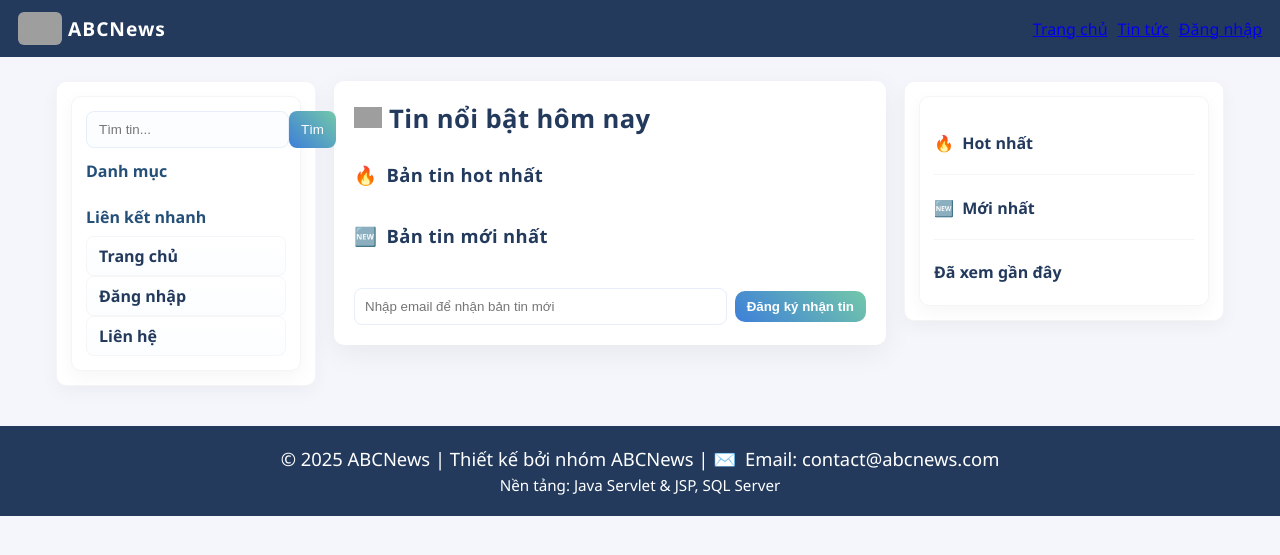
Repository: linhlinh113/ASM
Page: http://localhost/ABCNews/HomeServlet
An editor plug-in stored every save of this project. The page is shown before and after the next save, followed by the edit.
The browser window is 1280 px wide. The pictures show the whole page.
Pictures or frames that could not be fetched are drawn as grey boxes. The page is served by Tomcat 10. Other server files are loaded and not shown. Queries for data that is not in the repository find no rows.

Above is the page before, as saved 2025-10-17 10:28:23.

### ABCNews/src/main/webapp/index.jsp
<%@ page contentType="text/html;charset=UTF-8" language="java" %>
<%@ taglib uri="http://java.sun.com/jsp/jstl/core" prefix="c" %>
<c:set var="ctx" value="${pageContext.request.contextPath}" />
<!DOCTYPE html>
<html>
<head>
    <title>ABCNews - Trang chủ</title>
    <meta charset="UTF-8"/>
    <link rel="stylesheet" href="${ctx}/assets/css/style.css"/>
    <link rel="icon" type="image/png" href="${ctx}/assets/img/newsicon.png"/>
</head>
<body>
<jsp:include page="/layout/header.jsp"/>

<div class="page-wrap">
    <div class="mobile-toggle" style="display:none; margin-bottom:12px;">
        <button class="btn" onclick="ABC.toggleLeft()">☰ Danh mục</button>
        <button class="btn" onclick="ABC.toggleRight()">☰ Khác</button>
    </div>

    <div class="layout">
        <!-- Left sidebar -->
        <div id="left-sidebar" class="sidebar left-sidebar sticky">
            <jsp:include page="/layout/leftSidebar.jsp"/>
        </div>

        <!-- Main content -->
        <main class="main">
            <div class="container">
                <h2 class="main-title"><img src="${ctx}/assets/img/newsicon.png" width="28" alt="Logo"/> Tin nổi bật hôm nay</h2>

                <!-- Menu loại tin (nếu cần hiển thị ở main nữa) -->
                <div class="category-menu" style="margin-bottom:18px;">
                    <c:forEach var="cat" items="${categoryList}">
                        <a href="${ctx}/NewsListServlet?cat=${cat.id}" class="cat-btn">${cat.name}</a>
                    </c:forEach>
                </div>

                <!-- Hot nhất -->
                <h3 class="main-title" style="font-size:1.15rem;margin-bottom:10px;"><span class="icon-fire"></span> Bản tin hot nhất</h3>
                <div class="news-grid">
                    <c:forEach var="news" items="${hotList}">
                        <div class="news-card">
                            <a href="${ctx}/NewsDetailServlet?id=${news.id}" style="text-decoration:none;color:inherit;">
                                <div class="thumb"><img src="${news.image}" alt="${news.title}"/></div>
                                <div class="meta">
                                    <div class="news-title">${news.title}</div>
                                    <div class="info">
                                        <span class="date"><c:out value="${news.postedDate}"/></span>
                                        <span class="view-count">${news.viewCount} lượt xem</span>
                                    </div>
                                </div>
                            </a>
                        </div>
                    </c:forEach>
                </div>

                <!-- Mới nhất -->
                <h3 class="main-title" style="font-size:1.15rem;margin-top:18px;"><span class="icon-new"></span> Bản tin mới nhất</h3>
                <div class="news-grid">
                    <c:forEach var="news" items="${newestList}">
                        <div class="news-card">
                            <a href="${ctx}/NewsDetailServlet?id=${news.id}" style="text-decoration:none;color:inherit;">
                                <div class="thumb"><img src="${news.image}" alt="${news.title}"/></div>
                                <div class="meta">
                                    <div class="news-title">${news.title}</div>
                                    <div class="info">
                                        <span class="date"><c:out value="${news.postedDate}"/></span>
                                        <span class="view-count">${news.viewCount} lượt xem</span>
                                    </div>
                                </div>
                            </a>
                        </div>
                    </c:forEach>
                </div>

                <!-- Newsletter form -->
                <section style="margin-top:20px;">
                    <form action="${ctx}/NewsletterServlet" method="post" class="newsletter-form" style="display:flex;gap:8px;align-items:center;">
                        <input type="email" name="email" placeholder="Nhập email để nhận bản tin mới" required style="flex:1;padding:10px;border-radius:8px;border:1px solid #e6eef9;"/>
                        <button type="submit" class="btn">Đăng ký nhận tin</button>
                    </form>
                    <c:if test="${not empty success}">
                        <div class="alert success">${success}</div>
                    </c:if>
                    <c:if test="${not empty error}">
                        <div class="alert error">${error}</div>
                    </c:if>
                </section>

            </div>
        </main>

        <!-- Right sidebar -->
        <aside id="right-sidebar" class="sidebar right-sidebar sticky">
            <jsp:include page="/layout/rightSidebar.jsp"/>
        </aside>
    </div>
</div>

<jsp:include page="/layout/footer.jsp"/>
<script src="${ctx}/assets/js/sidebar.js"></script>
</body>
</html>

### ABCNews/src/main/webapp/layout/header.jsp
<%@ page contentType="text/html;charset=UTF-8" language="java" %>
<%@ page import="com.abcnews.entity.User" %>
<%@ taglib uri="http://java.sun.com/jsp/jstl/core" prefix="c" %>
<%
    User user = (User) session.getAttribute("user");
%>
<c:set var="ctx" value="${pageContext.request.contextPath}" />

<div class="header-bar" style="background:#233a5d;padding:12px 18px;color:#fff;display:flex;align-items:center;justify-content:space-between;">
    <div style="display:flex;align-items:center;gap:12px;">
        <a href="${ctx}/" style="display:inline-flex;align-items:center;text-decoration:none;color:inherit;">
            <img src="${ctx}/assets/img/newsicon.png" width="44" style="vertical-align:middle;border-radius:6px;" alt="ABCNews logo"/>
            <span style="font-size:1.2rem;font-weight:700;margin-left:6px;letter-spacing:1px;">ABCNews</span>
        </a>
    </div>

    <div style="display:flex;align-items:center;gap:10px;">
        <a href="${ctx}/" class="header-link">Trang chủ</a>
        <a href="${ctx}/NewsListServlet" class="header-link">Tin tức</a>

        <c:if test="${empty user}">
            <a href="${ctx}/login.jsp" class="header-link">Đăng nhập</a>
        </c:if>

        <c:if test="${not empty user}">
            <span style="display:flex;align-items:center;gap:8px;color:#fff;">
                <span class="icon-user" aria-hidden="true"></span>
                Xin chào, <b style="color:#ffe500;margin-left:4px;">${user.fullname}</b>
            </span>
            <a href="${ctx}/LogoutServlet" class="header-link">Đăng xuất</a>
        </c:if>
    </div>
</div>

<script>
    // global context path for external JS files
    window.APP_CTX = '${ctx}';
</script>

### ABCNews/src/main/webapp/layout/leftSidebar.jsp
<%@ page contentType="text/html;charset=UTF-8" language="java" %>
<%@ taglib uri="http://java.sun.com/jsp/jstl/core" prefix="c" %>
<c:set var="ctx" value="${pageContext.request.contextPath}" />
<div class="sidebar left-sidebar sticky">
    <div class="search-box">
        <form action="${ctx}/SearchServlet" method="get" style="display:flex;width:100%;">
            <input type="text" name="q" placeholder="Tìm tin..." aria-label="Tìm tin"/>
            <button type="submit" title="Tìm">Tìm</button>
        </form>
    </div>

    <h4 style="margin:8px 0 10px 0;color:#244f78;font-weight:700;">Danh mục</h4>
    <div class="category-list">
        <c:forEach var="cat" items="${categoryList}">
            <a class="cat-btn" href="${ctx}/NewsListServlet?cat=${cat.id}">${cat.name}</a>
        </c:forEach>
    </div>

    <div style="margin-top:14px;">
        <h4 style="margin:8px 0;color:#244f78;font-weight:700;">Liên kết nhanh</h4>
        <div class="quick-links">
            <a href="${ctx}/" class="cat-btn" style="padding:8px 12px;">Trang chủ</a>
            <a href="${ctx}/login.jsp" class="cat-btn" style="padding:8px 12px;">Đăng nhập</a>
            <a href="${ctx}/ContactServlet" class="cat-btn" style="padding:8px 12px;">Liên hệ</a>
        </div>
    </div>
</div>

### ABCNews/src/main/webapp/layout/rightSidebar.jsp
<%@ page contentType="text/html;charset=UTF-8" language="java" %>
<%@ taglib uri="http://java.sun.com/jsp/jstl/core" prefix="c" %>
<c:set var="ctx" value="${pageContext.request.contextPath}" />
<div class="sidebar right-sidebar sticky">
    <div>
        <h4 class="section-title"><span class="icon-fire"></span> Hot nhất</h4>
        <div class="list-block">
            <c:forEach var="n" items="${hotList}">
                <a class="list-item" href="${ctx}/NewsDetailServlet?id=${n.id}" style="text-decoration:none;color:inherit;">
                    <img src="${n.image}" alt="${n.title}"/>
                    <div>
                        <div class="title">${n.title}</div>
                        <div style="font-size:0.85rem;color:var(--muted);">${n.viewCount} lượt xem</div>
                    </div>
                </a>
            </c:forEach>
        </div>
    </div>

    <hr style="margin:12px 0;border:none;border-top:1px solid rgba(15,23,42,0.04)"/>

    <div>
        <h4 class="section-title"><span class="icon-new"></span> Mới nhất</h4>
        <div class="list-block">
            <c:forEach var="n" items="${newestList}">
                <a class="list-item" href="${ctx}/NewsDetailServlet?id=${n.id}" style="text-decoration:none;color:inherit;">
                    <img src="${n.image}" alt="${n.title}"/>
                    <div>
                        <div class="title">${n.title}</div>
                        <div style="font-size:0.85rem;color:var(--muted);"><c:out value="${n.postedDate}"/></div>
                    </div>
                </a>
            </c:forEach>
        </div>
    </div>

    <hr style="margin:12px 0;border:none;border-top:1px solid rgba(15,23,42,0.04)"/>

    <div>
        <h4 class="section-title">Đã xem gần đây</h4>
        <div class="recent-views">
            <c:if test="${not empty sessionScope.recentViews}">
                <c:forEach var="nid" items="${sessionScope.recentViews}">
                    <c:choose>
                        <c:when test="${not empty newsMap && newsMap[nid] != null}">
                            <c:set var="rn" value="${newsMap[nid]}"/>
                            <a href="${ctx}/NewsDetailServlet?id=${rn.id}" title="${rn.title}">
                                <img src="${rn.image}" alt="${rn.title}"/>
                            </a>
                        </c:when>
                        <c:otherwise>
                            <!-- skip if not in map -->
                        </c:otherwise>
                    </c:choose>
                </c:forEach>
            </c:if>
        </div>
    </div>
</div>

### ABCNews/src/main/webapp/layout/footer.jsp
<%@ page contentType="text/html;charset=UTF-8" language="java" %>
<div class="footer-bar" style="background:#233a5d;color:#fff;text-align:center;padding:20px 0;margin-top:40px;font-size:1.15rem;">
    <span>&copy; 2025 ABCNews | Thiết kế bởi nhóm ABCNews | <span class="icon-mail"></span> Email: contact@abcnews.com</span>
    <br>
    <span style="font-size:0.95rem;">Nền tảng: Java Servlet &amp; JSP, SQL Server</span>
</div>

### ABCNews/src/main/java/com/abcnews/servlet/HomeServlet.java
package com.abcnews.servlet;

import com.abcnews.dao.CategoryDAO;
import com.abcnews.dao.NewsDAO;
import com.abcnews.entity.Category;
import com.abcnews.entity.News;

import jakarta.servlet.ServletException;
import jakarta.servlet.annotation.WebServlet;
import jakarta.servlet.http.HttpServlet;
import jakarta.servlet.http.HttpServletRequest;
import jakarta.servlet.http.HttpServletResponse;

import java.io.IOException;
import java.util.List;

@WebServlet("/HomeServlet")
public class HomeServlet extends HttpServlet {

    @Override
    protected void doGet(HttpServletRequest req, HttpServletResponse resp) throws ServletException, IOException {
        CategoryDAO catDao = new CategoryDAO();
        NewsDAO newsDao = new NewsDAO();
        try {
            List<Category> categoryList = catDao.getAll();
            List<News> hotList = newsDao.getHotNews(5);
            List<News> newestList = newsDao.getNewestNews(5);
            List<News> homeNews = newsDao.getHomeNews();

            req.setAttribute("categoryList", categoryList);
            req.setAttribute("hotList", hotList);
            req.setAttribute("newestList", newestList);
            req.setAttribute("homeNews", homeNews);

            req.getRequestDispatcher("index.jsp").forward(req, resp);
        } catch (Exception e) {
            req.setAttribute("error", "Lỗi hệ thống: " + e.getMessage());
            req.getRequestDispatcher("index.jsp").forward(req, resp);
        }
    }
}

### ABCNews/src/main/java/com/abcnews/dao/CategoryDAO.java
package com.abcnews.dao;

import com.abcnews.entity.Category;
import com.abcnews.util.DBUtil;

import java.sql.*;
import java.util.ArrayList;
import java.util.List;

public class CategoryDAO {

    public List<Category> getAll() throws Exception {
        List<Category> list = new ArrayList<>();
        String sql = "SELECT * FROM CATEGORIES";
        try (Connection con = DBUtil.getConnection();
             PreparedStatement ps = con.prepareStatement(sql);
             ResultSet rs = ps.executeQuery()) {
            while (rs.next()) {
                Category cat = new Category();
                cat.setId(rs.getString("Id"));
                cat.setName(rs.getString("Name"));
                list.add(cat);
            }
        }
        return list;
    }

    public Category getById(String id) throws Exception {
        String sql = "SELECT * FROM CATEGORIES WHERE Id = ?";
        try (Connection con = DBUtil.getConnection();
             PreparedStatement ps = con.prepareStatement(sql)) {
            ps.setString(1, id);
            try (ResultSet rs = ps.executeQuery()) {
                if (rs.next()) {
                    Category cat = new Category();
                    cat.setId(rs.getString("Id"));
                    cat.setName(rs.getString("Name"));
                    return cat;
                }
            }
        }
        return null;
    }

    public boolean insert(Category cat) throws Exception {
        String sql = "INSERT INTO CATEGORIES (Id, Name) VALUES (?, ?)";
        try (Connection con = DBUtil.getConnection();
             PreparedStatement ps = con.prepareStatement(sql)) {
            ps.setString(1, cat.getId());
            ps.setString(2, cat.getName());
            return ps.executeUpdate() > 0;
        }
    }

    public boolean update(Category cat) throws Exception {
        String sql = "UPDATE CATEGORIES SET Name = ? WHERE Id = ?";
        try (Connection con = DBUtil.getConnection();
             PreparedStatement ps = con.prepareStatement(sql)) {
            ps.setString(1, cat.getName());
            ps.setString(2, cat.getId());
            return ps.executeUpdate() > 0;
        }
    }

    public boolean delete(String id) throws Exception {
        String sql = "DELETE FROM CATEGORIES WHERE Id = ?";
        try (Connection con = DBUtil.getConnection();
             PreparedStatement ps = con.prepareStatement(sql)) {
            ps.setString(1, id);
            return ps.executeUpdate() > 0;
        }
    }
}

### ABCNews/src/main/java/com/abcnews/util/DBUtil.java
package com.abcnews.util;

import java.sql.Connection;
import java.sql.DriverManager;

public class DBUtil {
    private static final String URL = "jdbc:sqlserver://localhost:1433;databaseName=abcnews;encrypt=false";
    private static final String USER = "sa";
    private static final String PASSWORD = "123456";

    public static Connection getConnection() throws Exception {
        Class.forName("com.microsoft.sqlserver.jdbc.SQLServerDriver");
        return DriverManager.getConnection(URL, USER, PASSWORD);
    }
}

### ABCNews/src/main/webapp/assets/css/style.css
/* style.css - upgraded with left & right sidebars, responsive, refined visuals */

/* Colors & variables */
:root{
  --primary: #3d7fd9;
  --accent: #73c8a9;
  --deep: #233a5d;
  --muted: #6c757d;
  --bg: #f4f6fb;
  --card: #ffffff;
  --shadow: 0 8px 30px rgba(15,23,42,0.06);
  --radius: 10px;
  --max-width: 1200px;
}

/* Reset */
*{box-sizing:border-box}
body {
  font-family: 'Segoe UI', Arial, sans-serif;
  background: var(--bg);
  margin: 0;
  padding: 0;
  color: #16202a;
  -webkit-font-smoothing:antialiased;
}

/* Page wrapper */
.page-wrap{
  max-width: var(--max-width);
  margin: 24px auto;
  padding: 0 16px;
}

/* Header kept minimal (your header.jsp can style inside) */
.site-header {
  border-radius: 8px;
}

/* Layout grid: left sidebar - main - right sidebar */
.layout {
  display: grid;
  grid-template-columns: 260px 1fr 320px;
  gap: 18px;
  align-items: start;
  margin-top: 18px;
}

/* Container card */
.container {
  background: var(--card);
  border-radius: 10px;
  box-shadow: var(--shadow);
  padding: 20px;
}

/* Sidebar styles (common) */
.sidebar {
  background: var(--card);
  border-radius: var(--radius);
  border: 1px solid rgba(15,23,42,0.04);
  padding: 14px;
  box-shadow: 0 6px 18px rgba(15,23,42,0.04);
}
.sidebar.sticky {
  position: sticky;
  top: 20px;
}

/* LEFT SIDEBAR */
.left-sidebar .search-box {
  display: flex;
  gap: 8px;
  margin-bottom: 12px;
}
.left-sidebar .search-box input {
  flex: 1;
  padding: 10px 12px;
  border-radius: 8px;
  border: 1px solid #e6eef9;
  background: #fbfdff;
  outline: none;
}
.left-sidebar .search-box button {
  background: linear-gradient(45deg,var(--primary),var(--accent));
  color: #fff;
  border: none;
  padding: 10px 12px;
  border-radius: 8px;
  cursor: pointer;
}
.left-sidebar .category-list {
  display:flex;
  flex-direction:column;
  gap:8px;
}
.left-sidebar .cat-btn {
  display:block;
  padding:8px 10px;
  border-radius:8px;
  text-decoration:none;
  color: var(--deep);
  background: linear-gradient(180deg,#fff,#fbfdff);
  border:1px solid rgba(15,23,42,0.03);
  font-weight:600;
  transition: transform .15s ease, box-shadow .15s ease;
}
.left-sidebar .cat-btn:hover {
  transform: translateY(-4px);
  box-shadow: 0 10px 30px rgba(13,110,253,0.06);
}

/* MAIN content */
.main {
  min-height: 300px;
}
.main .main-title {
  color: var(--deep);
  text-align: left;
  padding-bottom: 8px;
  font-size: 1.6rem;
  font-weight: 700;
  letter-spacing: 0.4px;
  margin: 0 0 12px 0;
}
.news-grid {
  display: grid;
  grid-template-columns: repeat(auto-fill, minmax(220px, 1fr));
  gap: 16px;
}
.news-card {
  background: linear-gradient(180deg,#f7fbff,#f3f8ff);
  border-radius: 10px;
  overflow: hidden;
  border: 1px solid rgba(15,23,42,0.04);
  transition: transform .18s ease, box-shadow .18s ease;
}
.news-card:hover {
  transform: translateY(-8px);
  box-shadow: 0 22px 50px rgba(12,30,80,0.08);
}
.news-card .thumb {
  width:100%;
  height:140px;
  overflow:hidden;
  background:#eaeffb;
}
.news-card .thumb img {
  width:100%;
  height:100%;
  object-fit:cover;
  display:block;
}
.news-card .meta {
  padding: 12px;
}
.news-title {
  font-size: 1rem;
  font-weight: 700;
  color: #244f78;
  margin-bottom: 6px;
  min-height:44px;
}
.view-count, .date {
  display:inline-block;
  background:#e9eefa;
  color:var(--muted);
  font-size:0.9rem;
  padding: 4px 8px;
  border-radius: 12px;
  margin-right: 8px;
}

/* RIGHT SIDEBAR */
.right-sidebar .section-title {
  font-weight:700;
  color: var(--deep);
  margin-bottom:8px;
}
.right-sidebar .list-block {
  display:flex;
  flex-direction:column;
  gap:10px;
}
.right-sidebar .list-item {
  display:flex;
  gap:10px;
  align-items:center;
  padding:8px;
  border-radius:8px;
  background: linear-gradient(180deg,#fff,#fbfdff);
  border:1px solid rgba(15,23,42,0.03);
}
.right-sidebar .list-item img {
  width:64px;
  height:48px;
  object-fit:cover;
  border-radius:6px;
}
.right-sidebar .list-item .title {
  font-weight:600;
  color:#0b2545;
  font-size:0.95rem;
}

/* Recent views small thumbnails */
.recent-views {
  display:flex;
  gap:8px;
  flex-wrap:wrap;
}
.recent-views img {
  width:60px;
  height:40px;
  object-fit:cover;
  border-radius:6px;
  border:1px solid rgba(15,23,42,0.04);
}

/* Forms / buttons */
.crud-form .form-group input, .crud-form .form-group select, .crud-form .form-group textarea {
  border-radius: 8px;
  border: 1px solid #e6eef9;
  padding: 8px 10px;
  font-size: 1rem;
}
.btn {
  display:inline-flex;
  align-items:center;
  gap:8px;
  padding:8px 12px;
  border-radius: 10px;
  border: none;
  cursor: pointer;
  background: linear-gradient(45deg,var(--primary),var(--accent));
  color:#fff;
  font-weight:700;
}

/* Alerts */
.alert { font-size: 1rem; padding: 8px 12px; border-radius: 8px; margin-top: 12px; }
.alert.success { background: #e2fbe1; color: #1b8b3b; }
.alert.error { background: #fde1e1; color: #b81c2a; }

/* Footer space */
.site-footer { margin-top: 20px; padding: 18px; background: var(--deep); color: #fff; border-radius: 8px; text-align:center; }

/* Mobile responsive: collapse to single column. Sidebars move above/below main and can be toggled */
@media (max-width: 980px) {
  .layout { grid-template-columns: 1fr; }
  .left-sidebar, .right-sidebar { order: 0; }
  .left-sidebar { margin-bottom: 12px; }
  .right-sidebar { margin-top: 12px; }
  .sidebar.sticky { position: relative; top: auto; }
  /* mobile toggle buttons shown inside header or near container */
  .mobile-toggle { display:flex; gap:8px; align-items:center; margin-bottom:12px; }
}

/* small screen tweaks */
@media (max-width: 480px) {
  .news-card .thumb { height: 160px; }
  .news-title { font-size: 0.98rem; }
}

/* emoji icons like before */
.icon-fire::before { content: "🔥 "; margin-right: 4px;}
.icon-new::before { content: "🆕 "; margin-right: 4px;}
.icon-eye::before { content: "👁️ "; margin-right: 4px;}
.icon-user::before { content: "👤 "; margin-right: 4px;}
.icon-calendar::before { content: "📅 "; margin-right: 4px;}
.icon-mail::before { content: "✉️ "; margin-right: 4px;}

Loaded but not shown: ABCNews/src/main/webapp/assets/js/sidebar.js (17 lines, source omitted); ABCNews/src/main/java/com/abcnews/dao/NewsDAO.java (241 lines, source omitted)

After the next save:
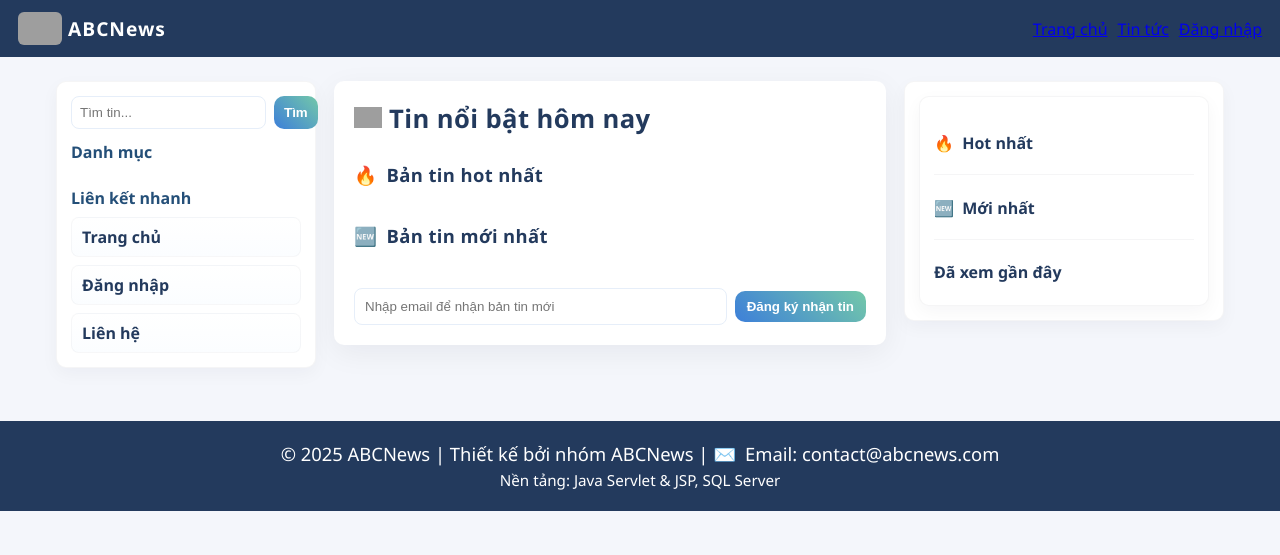
Saved 22 s later.
--- a/ABCNews/src/main/webapp/layout/leftSidebar.jsp
+++ b/ABCNews/src/main/webapp/layout/leftSidebar.jsp
@@ -1,27 +1,25 @@
 <%@ page contentType="text/html;charset=UTF-8" language="java" %>
 <%@ taglib uri="http://java.sun.com/jsp/jstl/core" prefix="c" %>
 <c:set var="ctx" value="${pageContext.request.contextPath}" />
-<div class="sidebar left-sidebar sticky">
-    <div class="search-box">
-        <form action="${ctx}/SearchServlet" method="get" style="display:flex;width:100%;">
-            <input type="text" name="q" placeholder="Tìm tin..." aria-label="Tìm tin"/>
-            <button type="submit" title="Tìm">Tìm</button>
-        </form>
-    </div>
+<div>
+    <form action="${ctx}/SearchServlet" method="get" style="display:flex;gap:8px;">
+        <input type="text" name="q" placeholder="Tìm tin..." aria-label="Tìm tin" style="flex:1;padding:8px;border-radius:8px;border:1px solid #e6eef9;"/>
+        <button type="submit" class="btn" style="padding:8px 10px;">Tìm</button>
+    </form>
 
-    <h4 style="margin:8px 0 10px 0;color:#244f78;font-weight:700;">Danh mục</h4>
+    <h4 style="margin:12px 0 8px 0;color:#244f78;font-weight:700;">Danh mục</h4>
     <div class="category-list">
         <c:forEach var="cat" items="${categoryList}">
             <a class="cat-btn" href="${ctx}/NewsListServlet?cat=${cat.id}">${cat.name}</a>
         </c:forEach>
     </div>
 
-    <div style="margin-top:14px;">
+    <div style="margin-top:16px;">
         <h4 style="margin:8px 0;color:#244f78;font-weight:700;">Liên kết nhanh</h4>
-        <div class="quick-links">
-            <a href="${ctx}/" class="cat-btn" style="padding:8px 12px;">Trang chủ</a>
-            <a href="${ctx}/login.jsp" class="cat-btn" style="padding:8px 12px;">Đăng nhập</a>
-            <a href="${ctx}/ContactServlet" class="cat-btn" style="padding:8px 12px;">Liên hệ</a>
+        <div style="display:flex;flex-direction:column;gap:8px;">
+            <a class="cat-btn" href="${ctx}/">Trang chủ</a>
+            <a class="cat-btn" href="${ctx}/login.jsp">Đăng nhập</a>
+            <a class="cat-btn" href="${ctx}/ContactServlet">Liên hệ</a>
         </div>
     </div>
 </div>
